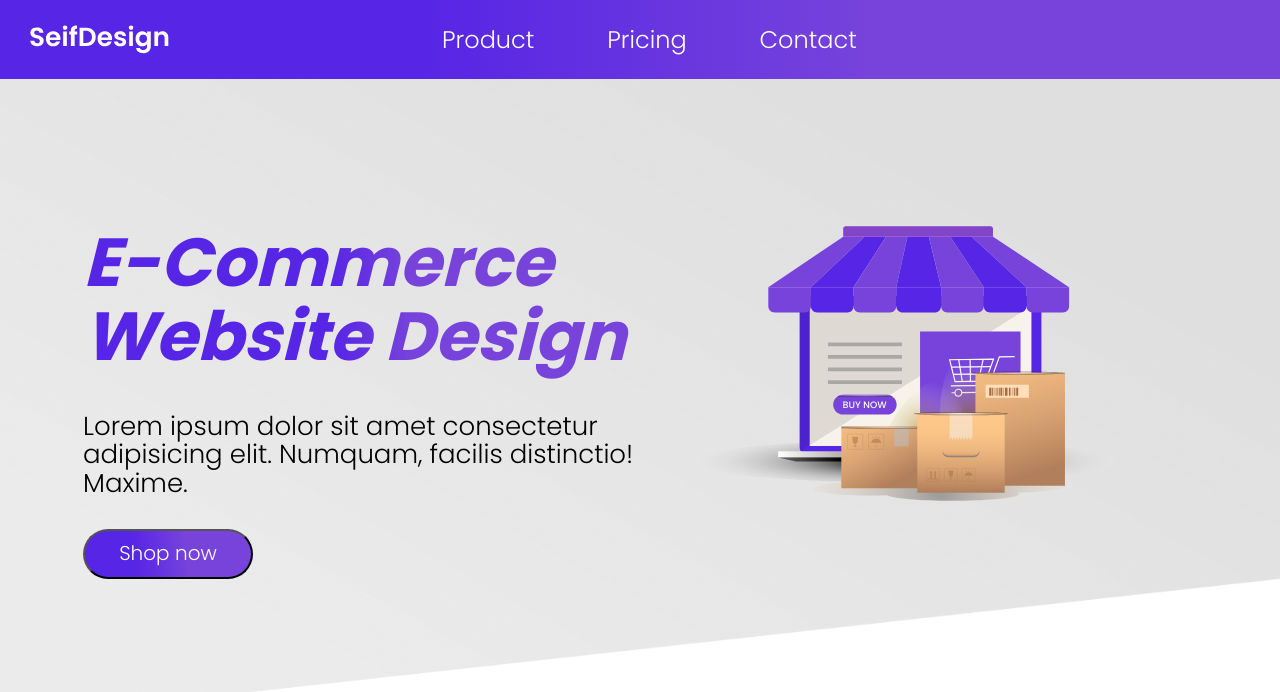
Repository: simralgasimov/newpage
Page: index.html
The author's editor kept a copy of each file at every save. The page is drawn from the files as they stood at one save, then again after a run of saves.
The browser window is 1280 px wide. The pictures show the whole page.
The style sheet was rebuilt from its Sass, Less or Tailwind sources for each picture, by a compiler version that may differ from the author's.

Above is the page before, as saved 2023-12-13 14:52:06.
Not found: index.js

### index.html
<!DOCTYPE html>
<html lang="en">
  <head>
    <meta charset="UTF-8" />
    <meta name="viewport" content="width=device-width, initial-scale=1.0" />
    <title>Document</title>
    <link rel="stylesheet" href="./reset.css" />
    <link rel="stylesheet" href="./index.css" />
  </head>
  <body>
    <div class="container">
      <nav>
        <!-- <div class="logo"> -->
          <img class="logo-img" src=".//image/SeifDesign.svg" alt="" />
        <!-- </div> -->
        <ul>
          <li><a href="#">Product</a></li>
          <li><a href="#">Pricing</a></li>
          <li><a href="#">Contact</a></li>
        </ul>
        <div class="burgerMenu">
          <img src="./image/Frame 1.svg" alt="" />
        </div>
      </nav>
      <div class="shopPage">
        <div class="box-1">
          <div class="rightPage">
            <h1>E-Commerce Website Design</h1>
            <p>
              Lorem ipsum dolor sit amet consectetur adipisicing elit. Numquam,
              facilis distinctio! Maxime.
            </p>
            <button><a href="#">Shop now</a></button>
          </div>
          <div class="leftPage">
            <img src=".//image/Group (1).svg" alt="" />
          </div>
        </div>
        <!-- <div class="page-2">
          <ul>
            <li>
              <img src="./image/Group (2).svg" alt="" />
              <p>Free shipping</p>
            </li>

            <li>
              <img src="./image/Vector (1).svg" alt="" />
              <p>Free shipping</p>
            </li>
            <li>
              <img src="./image/Group (3).svg" alt="" />
              <p>Free shipping</p>
            </li>
            <li>
              <img src="./image/Vector (2).svg" alt="" />
              <p>Free shipping</p>
            </li>
          </ul>
        </div> -->
      </div>
    </div>

  </body>
  <script src="./index.js"></script>
</html>

### index.scss
@import url("https://fonts.googleapis.com/css2?family=Poppins:wght@300;700&display=swap");
* {
    margin: 0;
    padding: 0;
    box-sizing: border-box;
}
.container {
    background-image: url('./image/Rectangle\ 3.png');
    background-repeat: no-repeat;
    background-size: 100% 100%;
    /* padding: 16px 83px 33px 83px; */
    min-height: 100vh;
    width: 100%;
    /* background: linear-gradient(270deg, #7743db 31.64%, #5725e5 66.78%); */
    @media screen and (max-width: 1024px) {
        padding: 21px 21px;
    }
    nav {
        display: flex;
        align-items: center;
        background: linear-gradient(270deg, #7743DB 31.64%, #5725E5 66.78%);
        padding: 20px 30px;
        @media screen and (max-width: 1024px) {
            display: flex;
            justify-content: space-between;
        }
        .burgerMenu {
            display: none;
            @media screen and (max-width: 1024px) {
                display: block;
            }
        }
        .logo-img {
            width: 139px;
            height: 39px;
        }
        @media screen and (max-width: 1024px) {
            width: 97px;
        }
        ul {
            @media screen and (max-width: 1024px) {
                display: none;
            }
            display: flex;
            list-style-type: none;
            margin-left: 200px;

            li {
                margin-left: 73px;

                a {
                    text-decoration: none;
                    width: 98px;
                    height: 30px;
                    color: #fff;
                    text-align: center;
                    font-family: Poppins;
                    font-size: 24px;
                    font-style: normal;
                    font-weight: 300;
                    line-height: normal;
                }
            }
        }
    }
}
.shopPage {
    .box-1 {
        padding: 147px 164px 43px 83px;
        display: flex;
        justify-content: center;
        .rightPage {
            h1 {
                margin-bottom: 32px;
                width: 608px;
                height: 154px;
                font-family: Poppins;
                font-size: 68px;
                font-style: italic;
                font-weight: 700;
                line-height: 109%; /* 74.12px */
                background: linear-gradient(268deg, #7743db 46.2%, #5725e5 59.09%);
                background-clip: text;
                -webkit-background-clip: text;
                -webkit-text-fill-color: transparent;
            }
            p {
                width: 608px;
                color: #000;
                font-family: Poppins;
                font-size: 26px;
                font-style: normal;
                font-weight: 300;
                line-height: 109%;
            }
            button {
                margin-top: 32px;
                display: flex;
                width: 170px;
                height: 50px;
                padding: 0px 24px;
                justify-content: center;
                align-items: center;
                flex-shrink: 0;
                border-radius: 25px;
                background: linear-gradient(263deg, #7743db 38.81%, #5725e5 70.24%);
                a {
                    text-decoration: none;
                    color: #fff;
                    font-family: Poppins;
                    font-size: 20px;
                    font-style: normal;
                    font-weight: 400;
                    line-height: 109%; /* 21.8px */
                }
            }
        }
        .leftPage {
            img {
                width: 100%;
            }
        }
    }
    .page-2 {
        ul {
            display: flex;
            justify-content: center;

            li {
                margin-left: 64px;
                position: relative;

                bottom: 120px;

                display: flex;
                width: 178px;
                height: 199px;
                padding: 10px;
                flex-direction: column;
                justify-content: center;
                align-items: center;
                gap: 18px;
                flex-shrink: 0;
                border-radius: 25px;
                background: #5725e5;
                img {
                    width: 139.997px;
                    height: 70px;
                }
                p {
                    color: #fff;
                    text-align: center;
                    font-family: Poppins;
                    font-size: 18px;
                    font-style: normal;
                    font-weight: 400;
                    line-height: 109%; /* 19.62px */
                }
            }
        }
    }
}

Loaded but not shown: reset.css (common file)

After the next 2 saves:
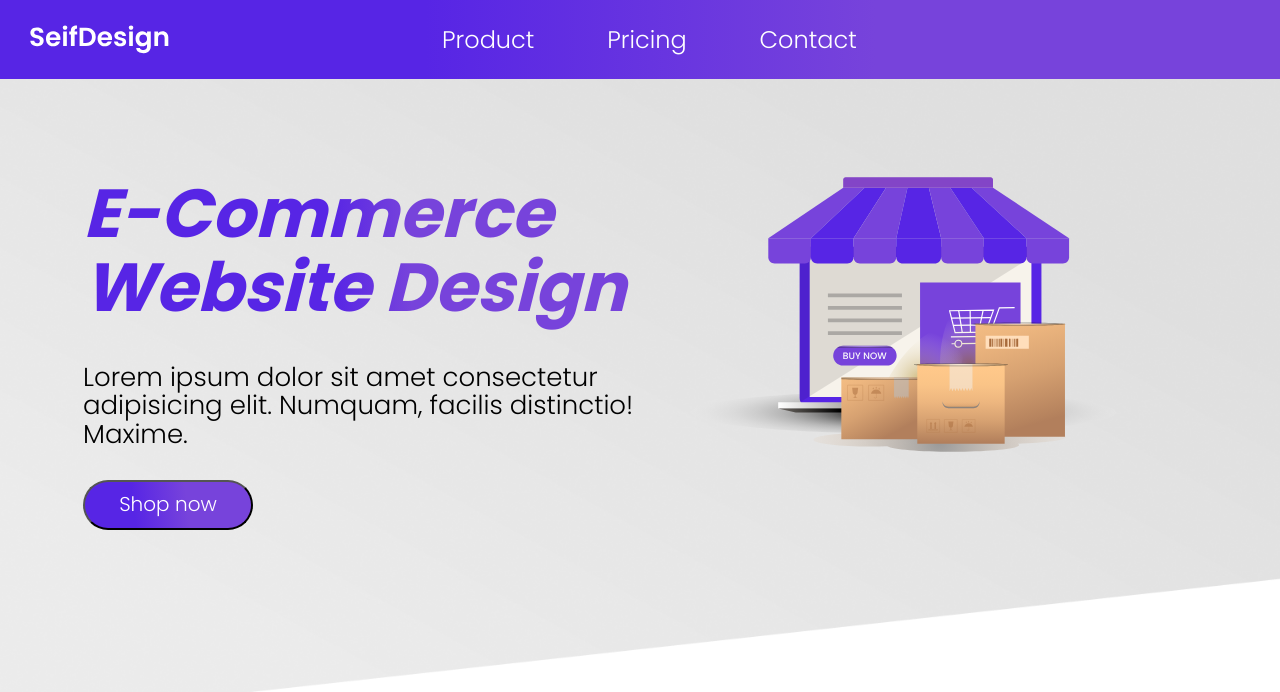
The 2 saves are shown as one change because they came seconds apart.
The last was saved 25 s later.
--- a/index.scss
+++ b/index.scss
@@ -66,7 +66,7 @@
 }
 .shopPage {
     .box-1 {
-        padding: 147px 164px 43px 83px;
+        padding: 98px 164px 43px 83px;
         display: flex;
         justify-content: center;
         .rightPage {
